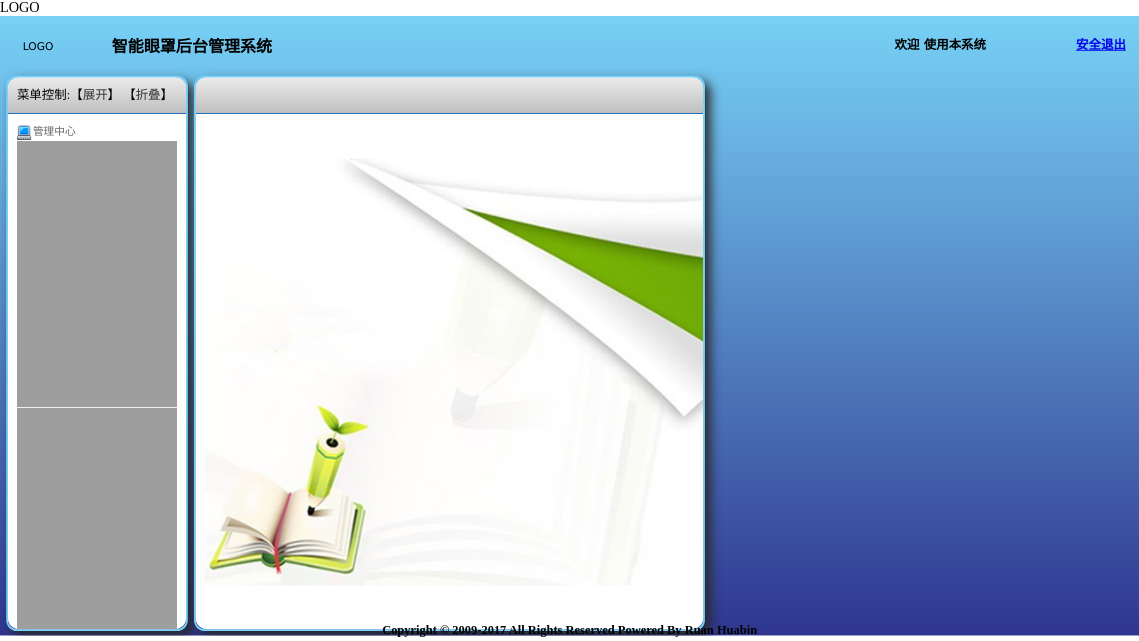
Repository: ruanhuabin/IntelliEyeShade
Page: http://localhost/IntelliEyeShade/admin/admin_login_success.jsp
These files come from the project's save history. The page is drawn as it stood at one moment and after the next save; the edit follows.
The browser window is 1280 px wide. The pictures show the whole page, at 89% of full size.
The page is served by Tomcat 9. Nobody is signed in. The application's start-up code is not run. Other server files are loaded and not shown.

Above is the page before, as saved 2016-12-06 10:07:40.

### IntelliEyeShade/WebRoot/admin/admin_login_success.jsp
<%@ page language="java" import="java.util.*" contentType="text/html; charset=utf-8" %>
<%
String path = request.getContextPath();
String basePath = request.getScheme()+"://"+request.getServerName()+":"+request.getServerPort()+path+"/";
%>

<!DOCTYPE html>
<html>
<head>
	<title>后台管理</title>
	<meta http-equiv="content-type" content="text/html;charset=UTF-8">
	<link rel="stylesheet" type="text/css" href="../css/index.css" />
</head>
<body>

<div style="width:20px; display:inline-block;">
LOGO
</div>


<div id="wrapper">
	<div id="header">
		<div id="logo">LOGO</div>
		<div style="width:20px; display:inline-block;">
		</div>
		<div id="title" style="width:100px display:inline-block">智能眼罩后台管理系统</div>
<!-- 		<div id="menu" style="left: 858px; width: 314px;">
<!-- 			<div id="menu_container"> -->
<!-- 				<ul id="menu_items"> -->
<!-- 					<li class="menu_item on" style="border-radius:8px 0 0 8px" onmouseout="this.style.backgroundColor=''" onmouseover="this.style.backgroundColor='#77D1F6';this.style.borderRadius='8px 0 0 8px'"><a>用户管理</a></li> -->
<!-- 					<li class="menu_item" onmouseout="this.style.backgroundColor='';this.style.fontWeight='normal'" onmouseover="this.style.backgroundColor='#77D1F6';this.style.fontWeight='bold'"><a>硬件管理</a></li> -->
<!-- 					<li class="menu_item" onmouseout="this.style.backgroundColor='';this.style.fontWeight='normal'" onmouseover="this.style.backgroundColor='#77D1F6';this.style.fontWeight='bold'"><a>统计管理</a></li> -->
<!-- 					<li class="menu_item" onmouseout="this.style.backgroundColor='';this.style.fontWeight='normal'" onmouseover="this.style.backgroundColor='#77D1F6';this.style.fontWeight='bold'"><a>网盘管理</a></li>
<!-- 					<li class="menu_item" onmouseout="this.style.backgroundColor='';this.style.fontWeight='normal'" onmouseover="this.style.backgroundColor='#77D1F6';this.style.fontWeight='bold'"><a>相册管理</a></li> -->
<!-- 					 <li class="menu_item" style="border-radius:8px 0 0 8px;border:0px;" onmouseout="this.style.backgroundColor='';this.style.fontWeight='normal'" onmouseover="this.style.backgroundColor='#77D1F6';this.style.borderRadius='0 8px 8px 0';this.style.fontWeight='bold'"><a>邮件管理</a></li> -->
<!-- 					-->
<!-- 				</ul> -->
<!-- 			</div> -->
<!-- 		</div> -->


		<div id="user_info">
			<div id="welcome">欢迎 ${sessionScope.loginUserName} 使用本系统</div>
			<div id="logout"><a href="<%=path%>/admin/Administrator_logout.action">安全退出</a></div>
		</div>
	</div>
	<div id="navigator">
		<iframe src="../tree.jsp"></iframe>
        </div>
	<div id="main">
		<iframe name="MainFrame" src="admin_login_main.jsp"></iframe>
	</div>
	<div id="footer">Copyright © 2009-2017 All Rights Reserved Powered By Ruan Huabin</div>
</div>
</body>
<script type="text/javascript">
function screenAdapter(){
	document.getElementById('footer').style.top=document.documentElement.scrollTop+document.documentElement.clientHeight- document.getElementById('footer').offsetHeight+"px";
		document.getElementById('navigator').style.height=document.documentElement.clientHeight-100+"px";
		document.getElementById('main').style.height=document.documentElement.clientHeight-100+"px";
		document.getElementById('main').style.width=window.screen.width-230+"px";
}

window.onscroll=function(){screenAdapter();};
window.onresize=function(){screenAdapter();};
window.onload=function(){screenAdapter();};
</script>
</html>

### IntelliEyeShade/WebRoot/css/index.css
* {
    background: none repeat scroll 0 0 transparent;
    border: 0 none;
    margin: 0;
    padding: 0;
    vertical-align: baseline;
}
body{
    min-height:600px;
    min-width:1280px;
	overflow-y:hidden;
}
#wrapper {
    background-image: -moz-linear-gradient(top,#77D1F6, #2F368F);
    background-image:-webkit-gradient(linear, left top, left bottom, color-stop(0, #77D1F6),color-stop(1, #2F368F));
    font-family: "lucida Grande",Tahoma,Arial;
    font-size: 12px;
    overflow: hidden;
    height:100%;
    width:100%;
    height:100%;
}
#header {
    float: left;
    height: 62px;
    position: relative;
    width: 100%;
    z-index: 10;
	text-align:center;
}
#logo {
	//border:1px solid red;
    float: left;
    height: 38px;
	line-height:38px;
	vertical-align:middle;
    margin: 15px 0 0 1%;
    width: 60px;
}
#title {
	//border:1px solid red;
    float: left;
    height: 38px;
	line-height:38px;
	vertical-align:middle;
    margin: 15px 0 0 1%;
    width: 260px;
	font-family:微软雅黑;
	font-size:18px;
	font-weight:bold;
	text-align:center;
}
#menu{
	position:absolute;
	left:50%;
	margin-top:15px;
	margin-left:-300px;
    float: float;
    height: 38px;
	width:615px;
	line-height:38px;
	vertical-align:middle;
	text-align:center;
    border-radius: 8px;
    background-color:#000000;
    opacity:0.5;
}
#menu_container{
    position:relative;
	margin:2px;
	height: 34px;
	line-height:34px;
    vertical-align:middle;
    border-radius: 8px;
    background-image: -moz-linear-gradient(top,#EBEBEB, #BFBFBF);
    background-image: -webkit-gradient(linear, left top, left bottom, color-stop(0, #EBEBEB),color-stop(1, #BFBFBF));
}
#menu_items{
	list-style:none;
	line-height: normal;
	height: 34px;
	line-height:34px;
	vertical-align:middle;
	font-size:14px;
	border:2px solid solid;
	border-right-style:groove;
}
.menu_item{
	display: list-item;
	float:left;
	width:100px;
	border-right:2px solid #F6F6F6;
	border-right-style:groove;
	cursor:pointer;
}
.on{
	display: list-item;
	float:left;
	width:100px;
	background:#77D1F6;
	font-weight:bold;
}
.menu_item a{
	height: 34px;
	line-height:34px;
	display:block;
}
#user_info {
    height: 35px;
	line-height:35px;
	vertical-align:middle;
    position: relative;
	float:right;
	margin-top:15px;
	margin-right:15px;
	width:240px;
    font-weight:bold;
	font-size:14px;
}
#welcome{
	left:-20px;
    position: relative;
	float:left;
}
#logout{
    position: relative;
	float:right;
}
#footer{
    position: absolute;
	float:left;
    left:0px;
    width: 100%;
    height: 25px;
    vertical-align:middle;
    line-height:25px;
	text-align:center;
	font-family:微软雅黑;
	font-size:14px;
	font-weight:bold;
	font-color:#FFF;
}
#navigator{
    position:relative;
    float:left;
    width:200px;
    margin:5px 2px 5px 2px;
    left:5px;
    border-color: #77D1F6;
    border-width: 2px;
    border-style: solid;
    border-radius: 12px;
    -moz-box-shadow: 6px 6px 12px #282828;
    -webkit-box-shadow: 6px 6px 12px #282828;
}
#main{
    position:relative;
    float:left;
    width: 80%;
    margin:5px;
    left:5px;
    border-color: #77D1F6;
    border-width: 2px;
    border-style: solid;
    border-radius: 12px 12px;
    -moz-box-shadow: 6px 6px 12px #282828;
    -webkit-box-shadow: 6px 6px 12px #282828;
}
iframe{
    height:100%;
    width:100%;
    background:#FFF;
    position:relative;
    border-radius:12px;
    overflow:hidden;
}

### IntelliEyeShade/WebRoot/tree.jsp
<%@ page language="java" import="java.util.*" contentType="text/html; charset=utf-8" %>
<%
String path = request.getContextPath();
String basePath = request.getScheme()+"://"+request.getServerName()+":"+request.getServerPort()+path+"/";
%>
<!DOCTYPE html>
<html>
<head>
	<title>导航树</title>
	<meta http-equiv="content-type" content="text/html;charset=UTF-8">
	<style type="text/css">@import url('components/dtree/dtree.css');</style>
	<script type="text/javascript">var dtreeIconBasePath = "components/dtree";</script>
	<script type="text/javascript"  src="components/dtree/dtree.js"></script>
</head>
<body>
<script type="text/javascript">
var treeMenu = [
	/* { level:1, name:"学生管理"},
	{ level:2, name:"学生列表", ico:"images/icon_default.gif",link:"students/Student_query.action"},
	{ level:1, name:"教师管理"},
	{ level:2, name:"教师列表", ico:"images/icon_default.gif",link:"role_list.html"},
	{ level:1, name:"信息管理"},
	{ level:2, name:"新闻管理", ico:"images/icon_default.gif",link:"news_list.html"},
	{ level:2, name:"公告管理", ico:"images/icon_default.gif",link:"bulletin_list.html"},
	{ level:1, name:"系统邮件", ico:"images/icon_default.gif"},
	{ level:1, name:"网络文件", ico:"images/icon_default.gif",link:"complaint_list.html"}, */
	{ level:1, name:"用户管理", ico:"images/icon_default.gif",link:"users/Users_queryByPage.action"},
	{ level:1, name:"硬件管理", ico:"images/icon_default.gif",link:"devices/Devices_queryByPage.action"},
	{ level:1, name:"统计管理", ico:"images/icon_default.gif",link:"statistics/statistics_filter.jsp"},
];
</script>
<style>
* {
    background: none repeat scroll 0 0 transparent;
    border: 0 none;
    margin: 0;
    padding: 0;
    vertical-align: baseline;
	font-family:微软雅黑;
	overflow:hidden;
}
#menuControll{
	width:100%;
	position:relative;
	word-wrap:break-word;
	border-bottom:1px solid #065FB9;
	margin:0;
	padding:0 10px;
	font-size:14px;
	height:40px;
	line-height:40px;
	vertical-align:middle;
    background-image: -moz-linear-gradient(top,#EBEBEB, #BFBFBF);
    background-image: -webkit-gradient(linear, left top, left bottom, color-stop(0, #EBEBEB),color-stop(1,
#BFBFBF));
}
</style>
<div id="menuControll">
菜单控制:【<a href="#" onclick="tree.openAll();this.blur();return false;" style="color:#333333;text-decoration:none">展开</a>】
【<a href="#" onclick="tree.closeAll();this.blur();return false;" style="color:#333333;text-decoration:none">折叠</a>】
</div>
<div class="dtree" style="margin:10px;">
<script type="text/javascript">
//建立新树
tree = new dTree('tree');
tree.config.target = "MainFrame";
tree.config.useCookies = false;
var selNum = -1;
var link = "";
//根目录
tree.add(0,-1,'管理中心', null, null, null, '', '');
var count = 0;
var pLevelIdArray = new Array();
pLevelIdArray[1] = 0;
var currLevel = 1;
for (var i=0; i<treeMenu.length; i++) {
	var item = treeMenu[i];
	var itemLevel = item.level;
	pLevelIdArray[itemLevel+1] = ++count;
	if (item.link!=null && item.link!="") {
		if (item.ico!=null) {
			tree.add(count, pLevelIdArray[itemLevel], item.name, item.link, null, null, item.ico, item.ico);
		} else {
			tree.add(count, pLevelIdArray[itemLevel], item.name, item.link);
		}
	} else {
		if (item.ico!=null) {
			tree.add(count, pLevelIdArray[itemLevel], item.name, null, null, null, item.ico, item.ico);
		} else {
			tree.add(count, pLevelIdArray[itemLevel], item.name);
		}
	}
	if (item.select) {
		selNum = count;
		link = item.link;
	}
}
document.write(tree);
tree.openAll();
if (selNum != -1) {
	tree.openTo(selNum,true);
	top.document.frames["MainFrame"].location.href=link;
}
</script>
</div>
</body>
</html>

### IntelliEyeShade/WebRoot/admin/admin_login_main.jsp
<%@ page language="java" import="java.util.*" contentType="text/html; charset=utf-8" %>
<%
String path = request.getContextPath();
String basePath = request.getScheme()+"://"+request.getServerName()+":"+request.getServerPort()+path+"/";
%>
<!DOCTYPE html>
<html>
	<meta http-equiv="content-type" content="text/html;charset=UTF-8">
	<link rel="stylesheet" type="text/css" href="../css/default.css" />
<style type="text/css">
* {
    background: none repeat scroll 0 0 transparent;
    border: 0 none;
    margin: 0;
    padding: 0;
    vertical-align: baseline;
	font-family:微软雅黑;
	overflow:hidden;
}
#navi{
	width:100%;
	position:relative;
	word-wrap:break-word;
	border-bottom:1px solid #065FB9;
	margin:0;
	padding:0;
	height:40px;
	line-height:40px;
	vertical-align:middle;
    background-image: -moz-linear-gradient(top,#EBEBEB, #BFBFBF);
    background-image: -webkit-gradient(linear, left top, left bottom, color-stop(0, #EBEBEB),color-stop(1,
#BFBFBF));
}
#naviDiv{
	font-size:14px;
	color:#333;
	padding-left:10px;
}
#tips{
	margin-top:10px;
	width:100%;
	height:40px;
}
#buttonGroup{
	padding-left:10px;
	float:left;
	height:35px;
}
.button{
	float:left;
	margin-right:10px;
	padding-left:10px;
	padding-right:10px;
	font-size:14px;
	width:70px;
	height:30px;
	line-height:30px;
	vertical-align:middle;
	text-align:center;
	cursor:pointer;
    border-color: #77D1F6;
    border-width: 1px;
    border-style: solid;
    border-radius: 6px 6px;
    -moz-box-shadow: 2px 2px 4px #282828;
    -webkit-box-shadow: 2px 2px 4px #282828;
    background-image: -moz-linear-gradient(top,#EBEBEB, #BFBFBF);
    background-image: -webkit-gradient(linear, left top, left bottom, color-stop(0, #EBEBEB),color-stop(1, #BFBFBF));
}
#mainContainer{
	padding-left:10px;
	padding-right:10px;
	text-align:center;
	width:98%;
	font-size:12px;
}
</style>
<body>
<div id="navi">
	<!-- 导航空白 -->
</div>
<div id="tips">
	<!-- 导航空白 -->
</div>
<div id="mainContainer">
   <img src="../images/welcome.jpg">
   <!--数据表格空白 -->
</div>
</body>
</html>

### IntelliEyeShade/WebRoot/components/dtree/dtree.css
/*--------------------------------------------------|
| dTree 2.05 | www.destroydrop.com/javascript/tree/ |
|---------------------------------------------------|
| Copyright (c) 2002-2003 Geir Landr?               |
|--------------------------------------------------*/

.dtree {
	font-size: 12px;
	color: #666;
	white-space: nowrap;
}
.dtree img {
	border: 0px;
	vertical-align: middle;
}
.dtree a {
	color: #333;
	text-decoration: none;
}
.dtree a.node, .dtree a.nodeSel {
	white-space: nowrap;
	padding: 1px 2px 1px 2px;
}
.dtree a.node:hover, .dtree a.nodeSel:hover {
	color: #333;
	text-decoration: underline;
}
.dtree a.nodeSel {
	background-color: #c0d2ec;
}
.dtree .clip {
	overflow: hidden;
}

### IntelliEyeShade/WebRoot/css/default.css
/* 基本样式 */


/* 去掉图片、表单边框 */
img, form {
	margin:0;
	padding:0;
	border:0;
}

/* 超链接 */
a {
	text-decoration: none;
}
a:link, a:visited {
	color:#063685;
	text-decoration:none;
}
a:hover, a:active {
	color:#FF5500;
	text-decoration:underline;
}

/* 表格 */
table.default {
	border:1px solid #0283c5;
	border-collapse:collapse;
	margin-top:5px;
}
table.default td, table.default tr.style1 td {
	padding:2 5 2 5;
	height:26px;
	border:1px solid #ffffff;
}
table.default tr, table.default tr.style1{
	background-color:#f0f0f0;
}
table.default tr.style0{
	background-color:#dfdfdf;
}
table.default tr.title td, table.default tr.ltitle td {
	font-weight:bold;
	background:#0283c5;
	color:#ffffff;
	border:1px solid #ffffff;
	white-space:nowrap;
	height:26px;
	line-height:26px;
	vertical-align:middle;
}
table.default tr.ltitle td {
	text-align:left;
}
table.default tr.title td {
	text-align:center;
	line-height:26px;
	vertical-align:middle;
}
table.default tr.subtitle td ,table.default tr.lsubtitle td {
	font-weight:bold;
	background:#69f;
	color:#ffffff;
	border:1px solid #ffffff;
	white-space:nowrap;
	height:26px;
	line-height:26px;
	vertical-align:middle;
}
table.default tr.lsubtitle td {
	text-align:left;
}
table.default tr.subtitle td {
	text-align:center;
}

table.default tr.strong td {
	font-weight:bold;
	background:#DDD;
}

table.default tr.stronghl td {
	font-weight:bold;
	background:#FFCC99;
	text-align:center;
}

table.default tr.hl td {
	background:#ffffcc/*#FFFF99*/;
}

table.default td.item {
	font-weight:bold;
	color:#333333;
	text-align:right;
}

table.default td.text {
	line-height:150%;
}

table.default td.opt {
	background:#FFFF99;
	padding-right:10px;
}

table.explain {
	margin-top:5px;
	margin-bottom:5px;
}
table.explain td {
	font-family:宋体;
	font-size:12px;
	border:1px solid #333333;
	background:#f0f0f0;
	padding:8px;
	line-height:120%;
}

table.pages {
	border:0;
}
table.pages td {
	height:26px;
}

table.reswb {
	border:1px solid #0283c5;
	border-collapse:collapse;
	margin-top:10px;
}

table.reswb tr.title td {
	padding:2 5 2 5;
	font-weight:bold;
	background:#0283c5;
	color:#ffffff;
	border:1px solid #ffffff;
	white-space:nowrap;
	height:26px;
	line-height:26px;
	vertical-align:middle;
}

table.default tr.list{
	text-align: center;
	line-height:26px;
	vertical-align:middle;
}

/* 普通信息 */
div.info {
	padding:5px 5px 5px 2px;
	margin-top:10px;
}

/* 前台导航用 */
.tdnormal {
	border-bottom:1px solid white;
}

.tdselected {
	border:1px solid white;
	border-bottom:0;
	font-weight:bold;
}
.navtab td {
	height:30px;
	color:white;
	font-size:9pt;
	text-align:center;
}
a.navbar, a.navbar:visited, a.navbar:active {text-decoration: none;color:#FFF;}
a.navbar:hover {text-decoration: underline;color:#FFF;}


/* 错误信息 */
.errorBox {
	border:1px solid #ff0000;
	padding:5px;
	background:#FFCCCC;
}
.errorMessage {
	color:#cc0000;
}
ul {
	margin-left:30px;
	margin-top:0;
	margin-bottom:0;
}

/* 分页页码样式 */
.selectedPage {
	border:1px solid #999999;
	background:#ffffcc;
	color:#000000;
	padding:0 3px 2px 3px;
}
.noSelectedPage {
	padding:0 3px 0 3px;
}
a.page {
	font-size:12px;
	text-decoration: none;
}
a.page:link, a.page:visited {
	color:#0044DD;
	text-decoration:none;
}
a.page:hover, a.page:active {
	color:#FF5500;
	text-decoration:none;
}

/* 表单元素样式 */
.input_text {
	width:200px;
	margin-right:5px;
}
.notNull {
	color:red;
}
.notice {
	color:#20A8F0;
}

/* 后台任务链接样式 */
a.navlink {
	font-family:宋体;
	height:25px;
	font-weight:normal;
	letter-spacing:1px;
	padding:4 5 0 5;
	background:#e0e0e0;
	border:2px outset;
	FILTER: progid:DXImageTransform.Microsoft.Gradient(GradientType=0, StartColorStr=#ffffff, EndColorStr=#20A8F0);
}

a.navlink {text-decoration: none;color:#000000;}
a.navlink:visited {text-decoration: none;color:#000000;}
a.navlink:active {text-decoration: none;color:#0044DD;}
a.navlink:hover {text-decoration: none;color:#FF5500;}

/* 操作按钮 */
div.oper {
	margin:5px;
	text-align:right;
}

div.oper input {
	margin-left:5px;
	margin-right:5px;
}

/* 背景色 */
.fbg {
	background:#065FB9;
}
.bbg {
	background:#04477C;
}

/* tooltip */
/*
span.tip {
	cursor:default;
}
#tooltip {
	position: absolute;
	z-index: 3000;
	border: 1px solid #111;
	background-color: #eee;
	padding: 5px;
	opacity: 0.85;
}
#tooltip h3, #tooltip div {
	font-size:12px;
	margin: 0;
}
*/

/* 特殊高亮文本 */
span.spec {
	color:#003399;
}

/* 特殊灰色文本 */
span.gray {
	color:#666;
}

/* 黄色背景 */
.bg1 {
	background:#FFCC99;/*#FFFF99;*/
}

/* 绿色背景 */
.bg2 {
	background:#99CC99;
}

/* 文章样式 */

div.title {
	font-size:16px;
	font-weight:bold;
	background:#FFFF99;
	border-bottom:2px solid #000;
	padding:5px;
	margin-bottom:10px;
}

div.content {
	font-size:14px;
	line-height:150%;
}

div.faq-q {
	padding:5px;
	background:#DDD;
	font-weight:bold;
}

div.faq-a {
	padding:5px;
	line-height:150%;
	font-size:16px;
}

/* 问卷样式 */
.option {
	margin-right:10px;
}

.answer {
	background:#060;
	color:white;
	font-weight:bold;
	padding:2px;
}

table.stat {
	border-collapse:collapse;
}
table.stat td {
	border:0;
	padding-left:20px;
}
hr.percent {
	height:10px;
	color:#093;
	border:1px solid black;
}

td.indent {
	padding-left:10px;
}

#page_explain {
	display:none;
}

#navDiv {
	color:#333;
	padding-left:10px;
	line-height:30px;
	background:#CCFF99;
	border-bottom:1px solid #065FB9;
	height:30px;
	padding-top:6px;
}
/*--------分页样式-----------*/
.pager-top {
    overflow:hidden;
    padding:5px 10px 0;
    color:#333333;
    font-family:Tahoma,Verdana,sans-serif,simsun;
    font-size:12px;
    margin-top:10px;
    border-bottom:1px solid #D8DFEA;
}
.pager-top span {
    float:left;
    padding-bottom:6px;
}
.pagerpro {
    float:right;
    list-style-image:none;
    list-style-position:outside;
    list-style-type:none;
    margin:0;
    padding:0;
}
.pagerpro li {
    display:inline;
    float:left;
}
.pagerpro li a.chn {
    font-size:12px;
}
.pagerpro li a {
    display:block;
    font-size:11px;
    padding:3px 3px 2px;
    color:#005EAC;
    text-decoration:none;
}
.pagerpro li a.chn:hover {
    border-bottom:1px solid #005EAC;
}
.pagerpro li a:hover {
    background:#005EAC none repeat scroll 0 0;
    border-bottom:2px solid #005EAC;
    border-color:#D8DFEA #D8DFEA #005EAC;
    color:#FFFFFF;
    text-decoration:none;
}
.pagerpro li.current a, .pagerpro li.current a:hover {
    background:transparent none repeat scroll 0 0;
    border-bottom:2px solid #005EAC;
    border-color:#005EAC;
    color:#005EAC;
    font-weight:700;
    padding-left:2px;
    padding-right:2px;
}
.marquee_txt{
	font-size:12px;
	font-family:"微软雅黑";
	margin-top:5px;
	margin-left:auto;
    margin-right:auto;
    width:222px;
}

Loaded but not shown: IntelliEyeShade/WebRoot/components/dtree/dtree.js (347 lines, source omitted)

After the next save:
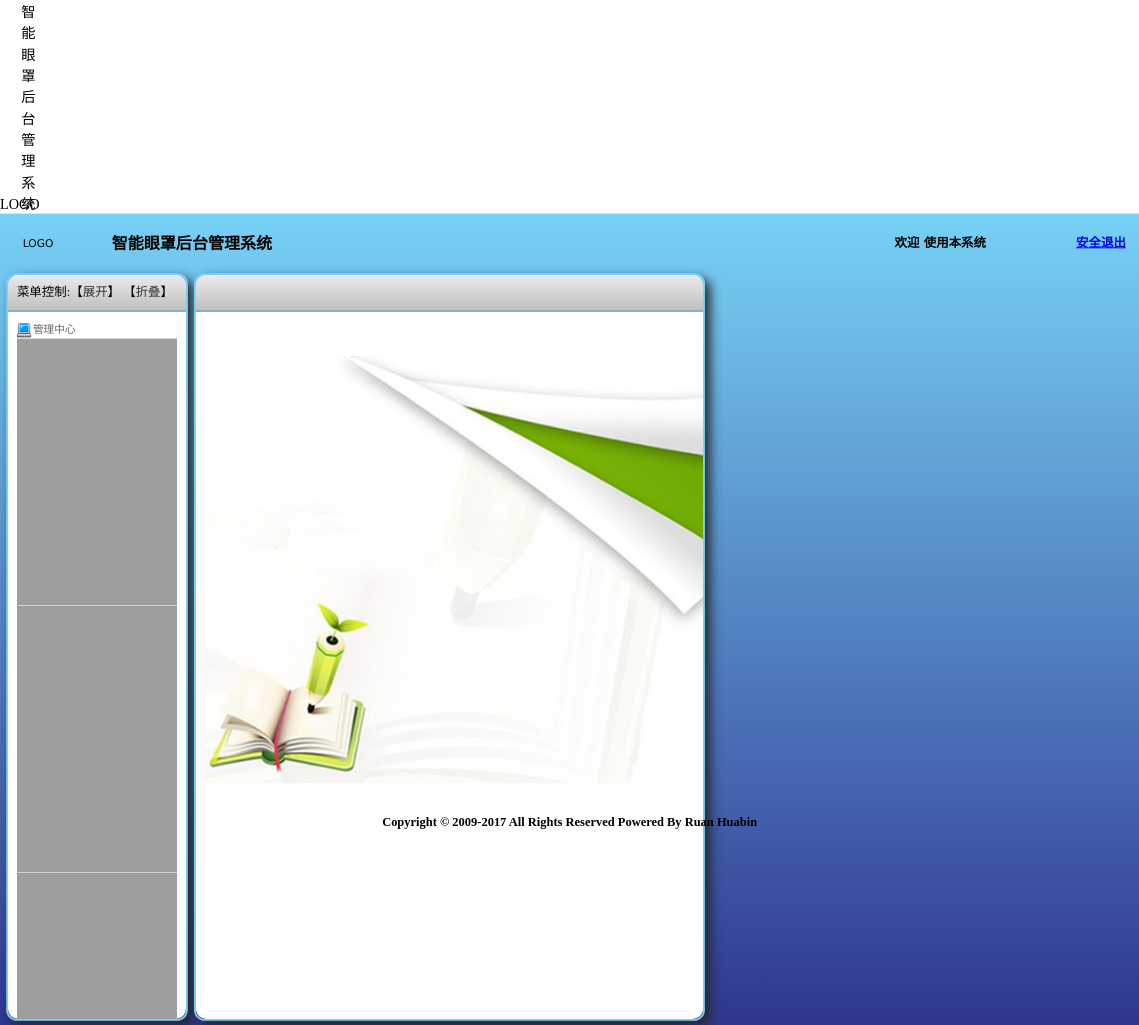
Saved 23 s later.
--- a/IntelliEyeShade/WebRoot/admin/admin_login_success.jsp
+++ b/IntelliEyeShade/WebRoot/admin/admin_login_success.jsp
@@ -15,6 +15,10 @@ String basePath = request.getScheme()+"://"+request.getServerName()+":"+request.
 
 <div style="width:20px; display:inline-block;">
 LOGO
+</div>
+
+<div style="width:20px; display:inline-block;">
+智能眼罩后台管理系统
 </div>
 
 
